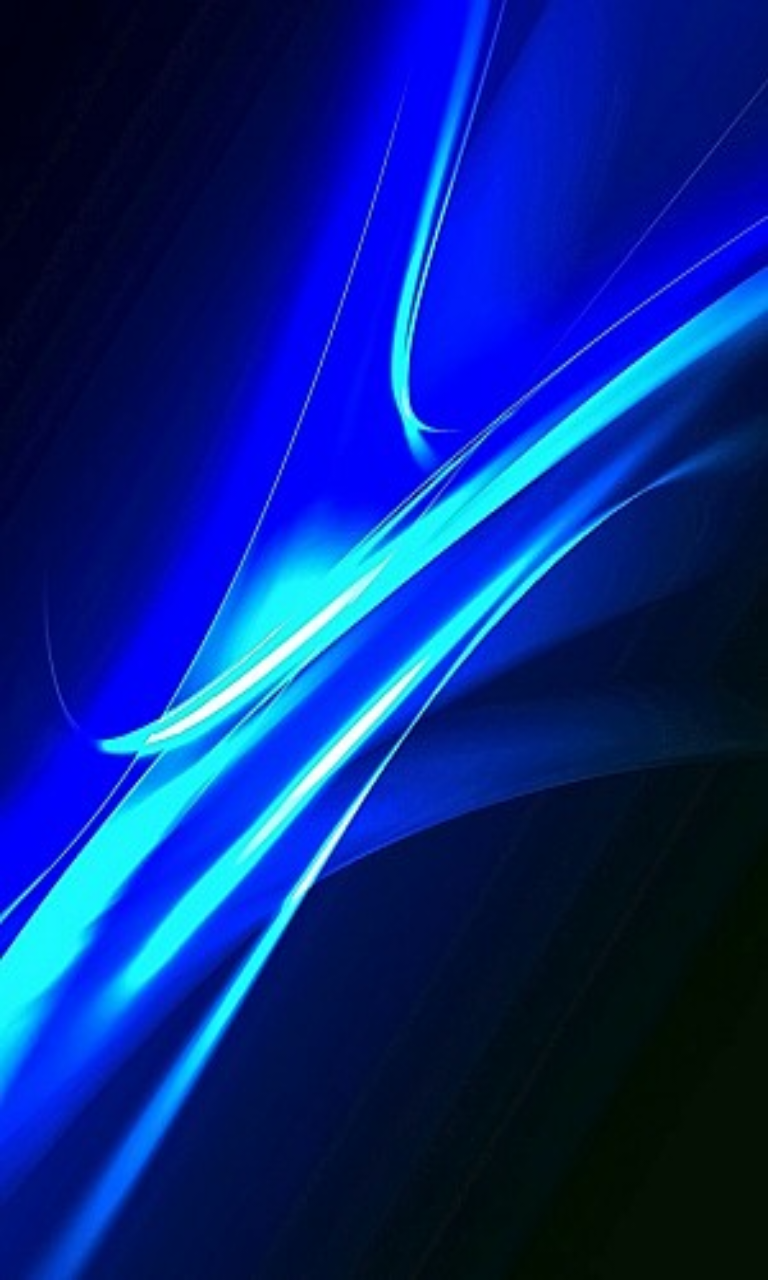
Repository: chedisaad/chedi
Layout: Dev/Android/DOMOTIQUE/Domotique/res/layout/activity_lights.xml
These files come from the project's save history. The layout is drawn as it stood at one moment and after the next save; the edit follows.
It is drawn on a 768 x 1280 px phone screen (xhdpi) without system bars, with theme AppTheme; the app's code is not run. Lists and similar views that code fills are empty.

Above is the layout before, as saved 2014-04-01 16:55:08.

### Dev/Android/DOMOTIQUE/Domotique/res/layout/activity_lights.xml
<RelativeLayout xmlns:android="http://schemas.android.com/apk/res/android"
    xmlns:tools="http://schemas.android.com/tools"
    android:layout_width="match_parent"
    android:layout_height="match_parent"
    android:background="@drawable/dash"
    android:paddingBottom="@dimen/activity_vertical_margin"
    android:paddingLeft="@dimen/activity_horizontal_margin"
    android:paddingRight="@dimen/activity_horizontal_margin"
    android:paddingTop="@dimen/activity_vertical_margin"
    tools:context=".Lights" >

    <LinearLayout
        android:layout_width="fill_parent"
        android:layout_height="fill_parent" >

        <ListView
            android:id="@+id/listView1"
            android:layout_width="150dp"
            android:layout_height="wrap_content" >

        </ListView>

        <LinearLayout
            android:layout_width="fill_parent"
            android:layout_height="fill_parent"
            android:gravity="center_horizontal|center_vertical"
            android:orientation="vertical" >

        </LinearLayout>

    </LinearLayout>

</RelativeLayout>

### Dev/Android/DOMOTIQUE/Domotique/res/drawable-hdpi/gradient_bgreen.xml
<?xml version="1.0" encoding="UTF-8"?>
<shape xmlns:android="http://schemas.android.com/apk/res/android"
     android:shape="rectangle">
    <!--
      <gradient
         android:startColor="#ffb344de"
         android:endColor="#ff301e68"
         android:centerColor="#ff5f2d9e"
         android:angle="270"/>
 -->

 <!-- red

      <gradient
         android:startColor="#ffe70505"
         android:endColor="#ffa80303"
         android:centerColor="#ff037035"
         android:angle="270"/>


        -->

<!-- green -->


      <gradient
         android:startColor="#ff36c704"
         android:endColor="#ff165002"
         android:centerColor="#ff238003"
         android:angle="270"/>


    <corners
         android:bottomRightRadius="10dp"
         android:bottomLeftRadius="10dp"
         android:topLeftRadius="10dp"
         android:topRightRadius="10dp"/>
</shape>

### Dev/Android/DOMOTIQUE/Domotique/res/drawable-hdpi/gradient_bred.xml
<?xml version="1.0" encoding="UTF-8"?>
<shape xmlns:android="http://schemas.android.com/apk/res/android"
     android:shape="rectangle">
    <!--
      <gradient
         android:startColor="#ffb344de"
         android:endColor="#ff301e68"
         android:centerColor="#ff5f2d9e"
         android:angle="270"/>
 -->

 <!-- red   -->

      <gradient
         android:startColor="#ffe70505"
         android:endColor="#ffa80303"
         android:centerColor="#ffa80303"
         android:angle="270"/>




<!-- green


      <gradient
         android:startColor="#ff36c704"
         android:endColor="#ff165002"
         android:centerColor="#ff238003"
         android:angle="270"/>
         -->

    <corners
         android:bottomRightRadius="10dp"
         android:bottomLeftRadius="10dp"
         android:topLeftRadius="10dp"
         android:topRightRadius="10dp"/>
</shape>

Loaded but not shown: Dev/Android/DOMOTIQUE/Domotique/res/values/styles.xml (common file); Dev/Android/DOMOTIQUE/Domotique/res/values-v11/styles.xml (common file); Dev/Android/DOMOTIQUE/Domotique/res/values-v14/styles.xml (common file); Dev/Android/DOMOTIQUE/Domotique/res/values/dimens.xml (common file)

After the next save:
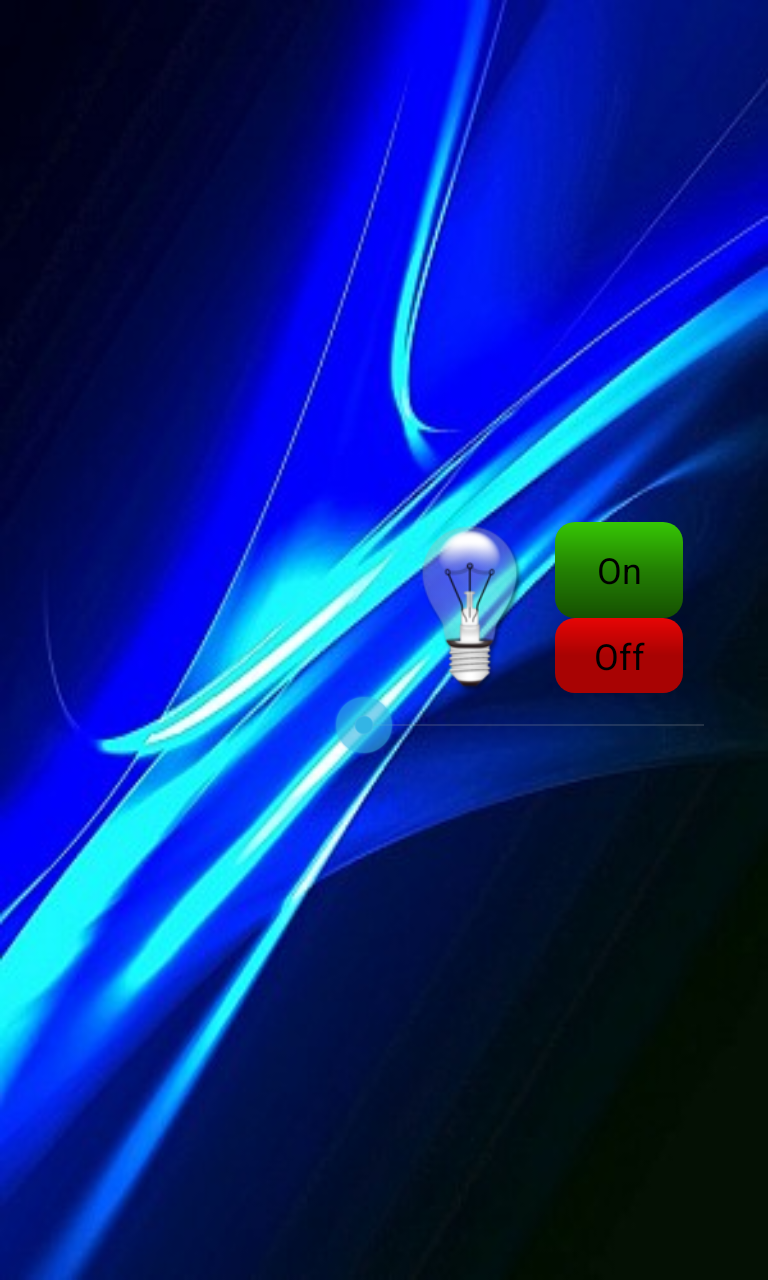
Saved 10 min 27 s later.
--- a/Dev/Android/DOMOTIQUE/Domotique/res/layout/activity_lights.xml
+++ b/Dev/Android/DOMOTIQUE/Domotique/res/layout/activity_lights.xml
@@ -26,6 +26,46 @@
             android:gravity="center_horizontal|center_vertical"
             android:orientation="vertical" >
 
+            <LinearLayout
+                android:layout_width="fill_parent"
+                android:layout_height="wrap_content"
+                android:gravity="center_horizontal|center_vertical" >
+
+                <ImageView
+                    android:id="@+id/imageView1"
+                    android:layout_width="wrap_content"
+                    android:layout_height="wrap_content"
+                    android:src="@drawable/light_off" />
+
+                <LinearLayout
+                    android:layout_width="wrap_content"
+                    android:layout_height="match_parent"
+                    android:gravity="center_horizontal|center_vertical"
+                    android:orientation="vertical" >
+
+                    <Button
+                        android:id="@+id/button1"
+                        android:layout_width="wrap_content"
+                        android:layout_height="wrap_content"
+                        android:background="@drawable/gradient_bgreen"
+                        android:text="On" />
+
+                    <Button
+                        android:id="@+id/button2"
+                        android:layout_width="wrap_content"
+                        android:layout_height="wrap_content"
+                        android:background="@drawable/gradient_bred"
+                        android:text="Off" />
+
+                </LinearLayout>
+
+            </LinearLayout>
+
+            <SeekBar
+                android:id="@+id/seekBar1"
+                android:layout_width="match_parent"
+                android:layout_height="wrap_content" />
+
         </LinearLayout>
 
     </LinearLayout>
